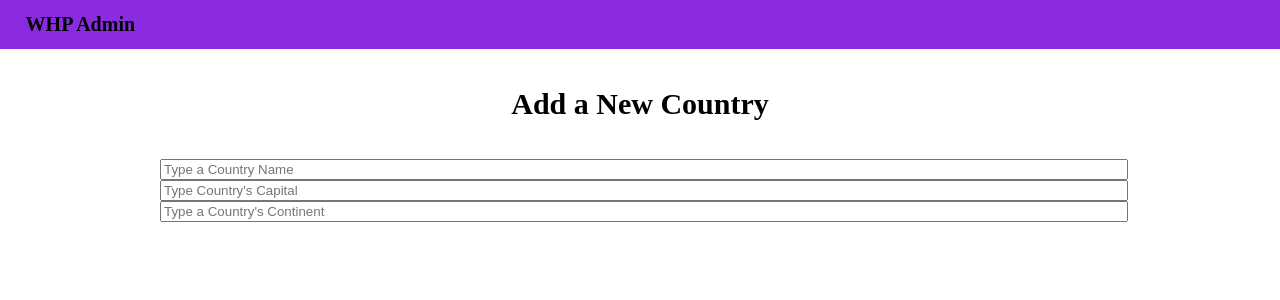
Repository: sabinaPetrisor/World_Hour_Project
Page: http://localhost/WorldHourProject/jsp/add-country.jsp
The author's editor kept a copy of each file at every save. The page is drawn from the files as they stood at one save, then again after the next save.
The browser window is 1280 px wide. The pictures show the whole page.
The page is served by Tomcat 9. Other server files are loaded and not shown.

Above is the page before, as saved 2023-08-04 12:25:58.

### WorldHourProject/src/main/webapp/jsp/add-country.jsp
<%@ page language="java" contentType="text/html; charset=UTF-8"
    pageEncoding="UTF-8"%>
<!DOCTYPE html>
<html>
<head>
	<meta name="viewport" content="width=device-width, initial-scale=1" charset="UTF-8">
	<title>World Hour Project Add Country</title>
	<style> <%@include file="../css/navbar.css" %> </style>
	<style> <%@include file="../css/admin.css" %> </style>
	<style> <%@include file="../css/add-page-admin.css" %> </style>
</head>
<body>
	<%@include file="navbar.jsp" %>

	<div class="content-container">
		<p class="content-container-title">Add a New Country</p>
		<div class="add-form-container">
			<form class="add-form">
				<input type="text" placeholder="Type a Country Name" class="insert-text" name="country-name">
				<input type="text" placeholder="Type Country's Capital" class="insert-text" name="country-capital">
				<input type="text" placeholder="Type a Country's Continent" class="insert-text" name="country-continent">
			</form>
		</div>
	</div>
</body>
</html>

### WorldHourProject/src/main/webapp/css/navbar.css
.header-container {
	position: relative;
	width: 100%;
	background-color: blueviolet;
	display: flex;
}

.header-title {
	padding-top: 1%;
	padding-bottom: 1%;
	margin-left: 2%;
	margin-right: 2%;
}

.home-page-title {
	font-size: 20px;
	font-weight: bold;
	width: auto;
}

.home-page-title:hover {
	color: cadetblue;
	cursor: pointer;
}

### WorldHourProject/src/main/webapp/css/admin.css
@charset "UTF-8";
* {
	margin: 0;
	width: 100%;
}

.content-container {
	margin-top: 3%;
}

.content-container-title {
	text-align: center;
	font-size: 30px;
	font-weight: bold;
	margin-bottom: 3%;
}

.btn-container {
	display: flex;
	justify-content: center;
}

.add-button {
	padding: 1%;
	margin-bottom: 3%;
	background-color: blueviolet;
	border: none;
	text-align: center;
	font-weight: bold;
	width:auto;
	cursor: pointer;
}

.tbl {
	margin: 0 auto;
	border-collapse: collapse;
	table-layout: auto;
	width: auto;

}

.tbl-col-names {
	border: 2px solid blueviolet;
	background-color: blueviolet;
}

.tbl td, .tbl-col-names th {
  border: 1px solid #dddddd;
  text-align: center;
  width: auto;
}

.tbl tr:nth-child(even) {
  background-color: #dddddd;
}

### WorldHourProject/src/main/webapp/css/add-page-admin.css
@charset "UTF-8";
* {
	margin: 0;
	width: 100%;
}

.add-form-container {
	display: flex;
	justify-content: center;
}

.add-form {
	width: 75%;
}

### WorldHourProject/src/main/webapp/jsp/navbar.jsp
<div class="header-container">
	<div class="header-title">
		<span class="home-page-title">WHP Admin</span>
	</div>
</div>

After the next save:
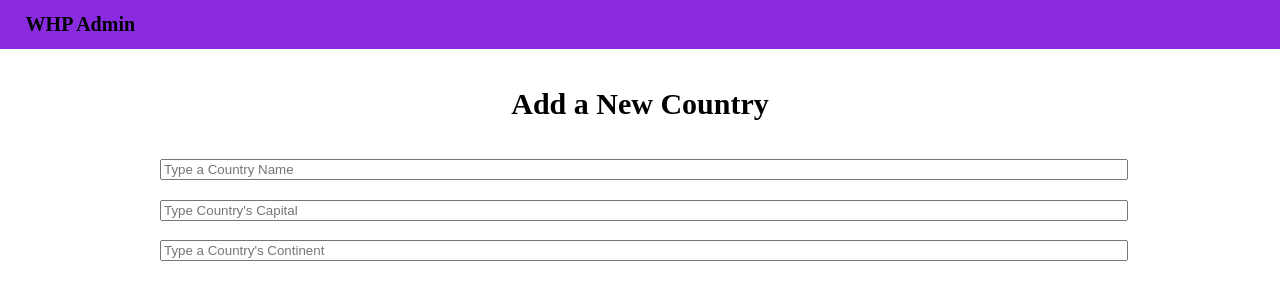
Saved 46 s later.
--- a/WorldHourProject/src/main/webapp/css/add-page-admin.css
+++ b/WorldHourProject/src/main/webapp/css/add-page-admin.css
@@ -12,3 +12,7 @@
 .add-form {
 	width: 75%;
 }
+
+.insert-text {
+	margin-bottom: 2%;
+}
